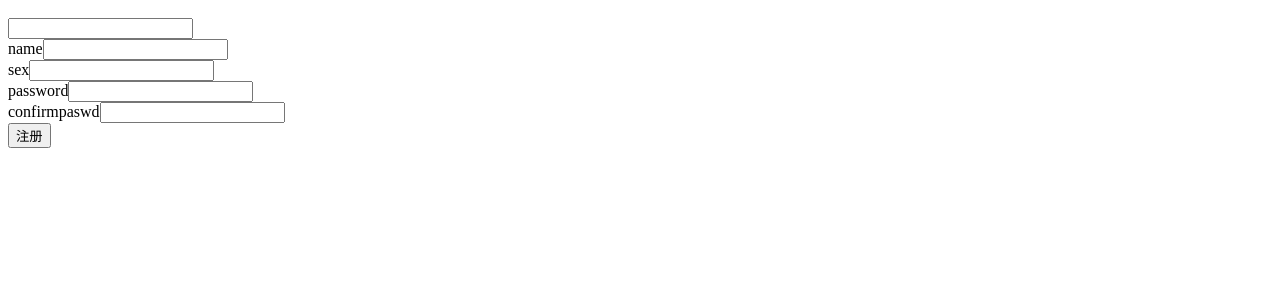
Repository: suxiaohutot/PHP
Page: http://localhost/zhuce.php
These files come from the project's save history. The page is drawn as it stood at one moment and after the next save; the edit follows.
The browser window is 1280 px wide. The pictures show the whole page.
The page is run by PHP 8.4 with error messages shown; the project is at /var/www/html/.

Above is the page before, as saved 2019-10-22 10:20:52.

After the next save:
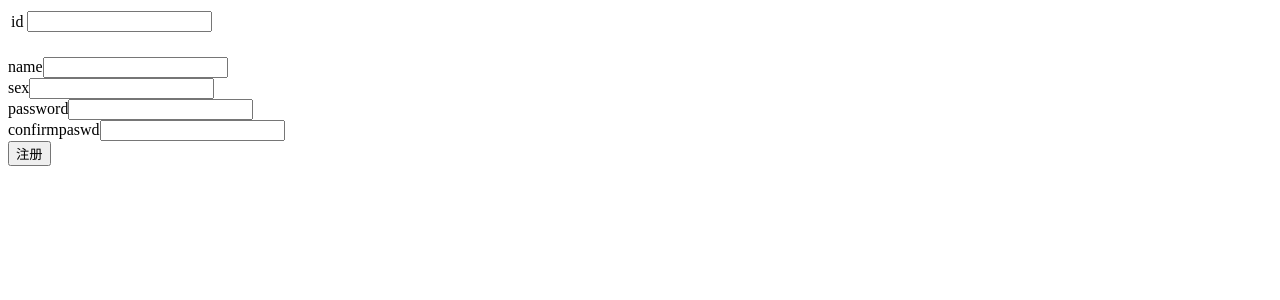
Saved 11 s later.
--- a/test/zhuce.php
+++ b/test/zhuce.php
@@ -1,15 +1,15 @@
 <form action="regist.php" method="post">
 <table>
     <tr>
-    	<td></td>
-    	<td></td>
+    	<td>id</td>
+    	<td><input type="text" name="id"></td>
     </tr>
     <tr>
     	<td></td>
     	<td></td>
     </tr>
 </table>
-    <input type="text" name="id"><br>
+    <br>
     name<input type="text" name="name"><br>
     sex<input type="text" name="sex"><br>
     password<input type="text" name="password"><br>
